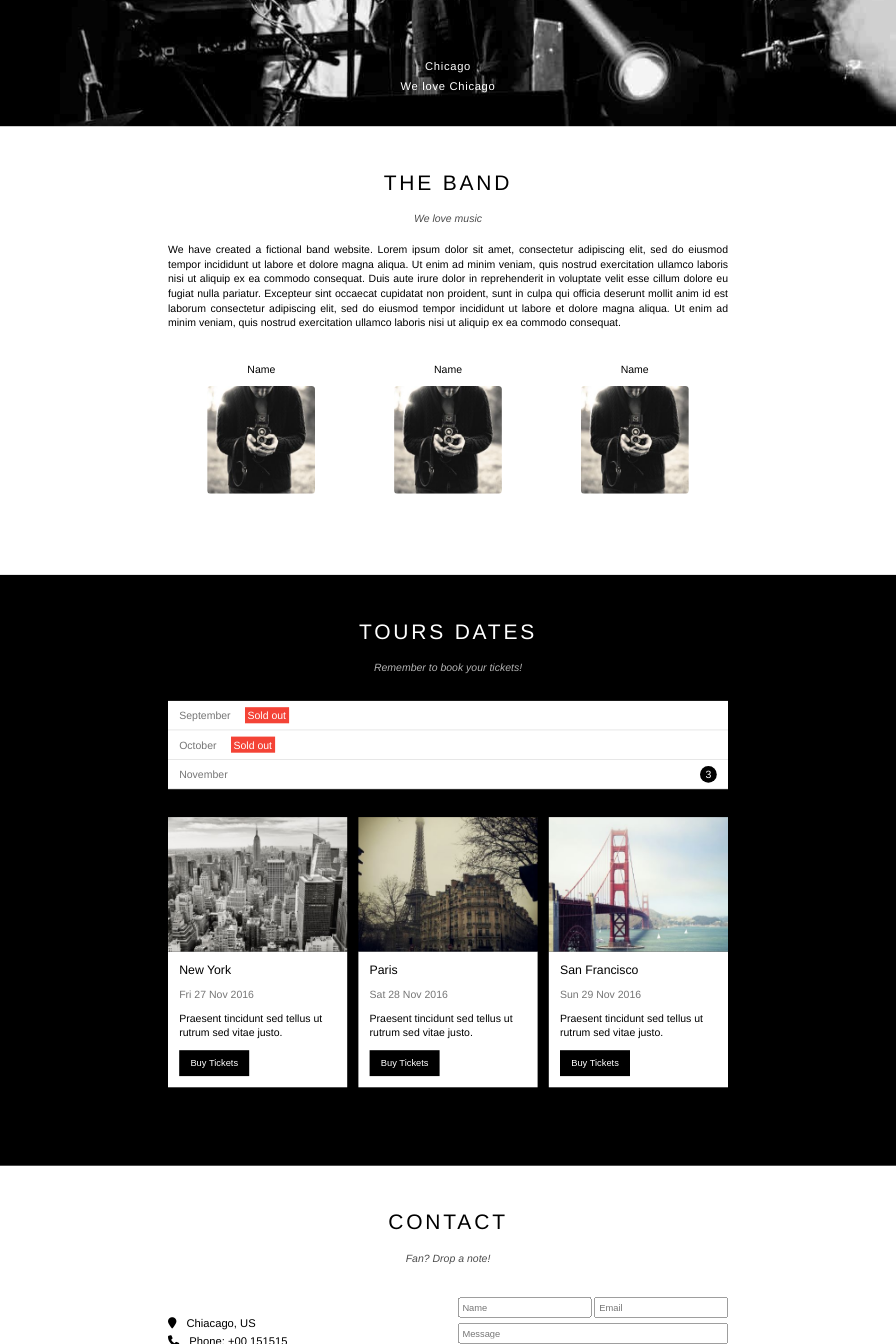
Repository: NguyenMinhChau/Theband
Page: index.html
The author's editor kept a copy of each file at every save. The page is drawn from the files as they stood at one save, then again after the next save.
The browser window is 1280 px wide. The pictures show the part of the page from y = 506 to 2426 px (the page is 3308 px tall before and 3304 px after), at 70% of full size.
Some web libraries are served in a nearby version.

Above is the page before, as saved 2021-10-24 08:57:36.

### index.html
<!DOCTYPE html>
<html lang="en">
<head>
    <meta charset="UTF-8">
    <meta http-equiv="X-UA-Compatible" content="IE=edge">
    <meta name="viewport" content="width=device-width, initial-scale=1.0">
    <title>THE BAND</title>
    <link rel="icon" href="https://www.w3schools.com/w3css/img_la.jpg"/>
    <script src="https://kit.fontawesome.com/a7b0f58175.js" crossorigin="anonymous"></script>
    <link rel="stylesheet" href="./assets/css/style.css">
    <link rel="stylesheet" href="./assets/css/responsive.css">
</head>
<body>
    <div id="main">
        <div id="header">
            <!-- Begin Navigation -->
            <ul id="nav">
                <li><a href="#">Home</a></li>
                <li><a href="#about">Band</a></li>
                <li><a href="#tour">Tour</a></li>
                <li><a href="#contact">Contact</a></li>
                <li><a href="#">More <i class="fas fa-caret-down"></i></a>
                    <ul class="subnav">
                        <li><a href="#">Merchandise</a></li>
                        <li><a href="#">Extras</a></li>
                        <li><a href="#">Media</a></li>
                    </ul>
                </li>
            </ul>
            <!-- End Navigation -->

            <!-- Begin Search -->
            <div class="icon-search">
                <a href="#"><i class="header-icon-search fas fa-search"></i></a>
            </div>
            <!-- End Search -->
        </div>

        <div id="slider">
            <div class="description">
                <h4>Chicago</h4>
                <p>We love Chicago</p>
            </div>
        </div>

        <div id="content">
            <!-- section: dành cho những phần dùng chung -->
            <!-- ABOUT SECTION -->
            <div id="about" class="content-section">
                <h2 class="section-heading">The Band</h2>
                <p class="section-subheading">We love music</p>
                <p class="about-text">We have created a fictional band website. Lorem ipsum dolor sit amet, consectetur adipiscing elit, sed do eiusmod tempor incididunt ut labore et dolore magna aliqua. Ut enim ad minim veniam, quis nostrud exercitation ullamco laboris nisi ut aliquip ex ea commodo consequat. Duis aute irure dolor in reprehenderit in voluptate velit esse cillum dolore eu fugiat nulla pariatur. Excepteur sint occaecat cupidatat non proident, sunt in culpa qui officia deserunt mollit anim id est laborum consectetur adipiscing elit, sed do eiusmod tempor incididunt ut labore et dolore magna aliqua. Ut enim ad minim veniam, quis nostrud exercitation ullamco laboris nisi ut aliquip ex ea commodo consequat.</p>
                <div class="members-list">
                    <div class="member-item col-3">
                        <p class="member-name">Name</p>
                        <img src="./assets/img/about_member01.jpg" alt="" class="member-avata">
                    </div>
                    <div class="member-item col-3">
                        <p class="member-name">Name</p>
                        <img src="./assets/img/about_member01.jpg" alt="" class="member-avata">
                    </div>
                    <div class="member-item col-3">
                        <p class="member-name">Name</p>
                        <img src="./assets/img/about_member01.jpg" alt="" class="member-avata">
                    </div>
                    <div class="clear"></div>
                </div>
            </div>

            <!-- TOUR SECTION -->
            <div id="tour" class="tour-section">
                <div class="content-section">
                    <h2 class="section-heading text-white">Tours Dates</h2>
                    <p class="section-subheading text-white">Remember to book your tickets!</p>
                    <ul class="tickets-list">
                        <li>September <span class="sold-out">Sold out</span></li>
                        <li>October <span class="sold-out">Sold out</span></li>
                        <li>November <span class="quantity">3</span></li>
                    </ul>
                    <div class="row places-list">
                        <div class="col col-3">
                            <img src="./assets/img/tour_place01.jpg" alt="New York" class="place-img">
                            <div class="place-body">
                                <h3 class="place-heading">New York</h3>
                                <p class="place-time">Fri 27 Nov 2016</p>
                                <p class="plave-desc">Praesent tincidunt sed tellus ut rutrum sed vitae justo.</p>
                                <button href="#" class="btn js-buy-ticket">Buy Tickets</button>
                            </div>
                        </div>
                        <div class="col col-3">
                            <img src="./assets/img/tour_place_02.jpg" alt="New York" class="place-img">
                            <div class="place-body">
                                <h3 class="place-heading">Paris</h3>
                                <p class="place-time">Sat 28 Nov 2016</p>
                                <p class="plave-desc">Praesent tincidunt sed tellus ut rutrum sed vitae justo.</p>
                                <button href="#" class="btn js-buy-ticket">Buy Tickets</button>
                            </div>
                        </div>
                        <div class="col col-3">
                            <img src="./assets/img/tour_place_03.jpg" alt="New York" class="place-img">
                            <div class="place-body">
                                <h3 class="place-heading">San Francisco</h3>
                                <p class="place-time">Sun 29 Nov 2016</p>
                                <p class="plave-desc">Praesent tincidunt sed tellus ut rutrum sed vitae justo.</p>
                                <button href="#" class="btn js-buy-ticket">Buy Tickets</button>
                            </div>
                        </div>
                        <div class="clear"></div>
                    </div>
                </div>
            </div>

            <!-- CONTACT SECTION -->
            <div id="contact" class="content-section">
                <h2 class="section-heading">Contact</h2>
                <p class="section-subheading">Fan? Drop a note!</p>
                <div class="contact-container">
                    <div class="infomation">
                        <p class="infomation-text">
                            <i class="fas fa-map-marker"></i>
                            Chiacago, US
                        </p>
                        <p class="infomation-text">
                            <i class="fas fa-phone"></i>
                            Phone: +00 151515
                        </p>
                        <p class="infomation-text">
                            <i class="fas fa-envelope-open-text"></i>
                            Email: mail@mail.com
                        </p>
                    </div>
                    <form class="input-infomation">
                        <div class="input-name-email">
                            <input type="text" class="intput-name" placeholder="Name" required>
                            <input type="email" class="intput-name" placeholder="Email" required>
                        </div>
                        <input type="text" class="ipnut-message" placeholder="Message" required>
                        <button class="btn pull-right">SEND</button>
                    </form>
                </div>
            </div>

            <!-- BEGIN MAP -->
            <div class="content-map-image"></div>
        </div>

        <div id="footer">
            <ul class="footer-social-list">
                <li class="social-item"><a href="#" class="social-link"><i class="fab fa-facebook-square"></i></a></li>
                <li class="social-item"><a href="#" class="social-link"><i class="fab fa-instagram-square"></i></a></li>
                <li class="social-item"><a href="#" class="social-link"><i class="fab fa-linkedin"></i></a></li>
                <li class="social-item"><a href="#" class="social-link"><i class="fab fa-youtube"></i></a></li>
                <li class="social-item"><a href="#" class="social-link"><i class="fab fa-twitter-square"></i></a></li>
            </ul>
            <p class="copyright">Powered by <a href="#">W3C</a></p>
        </div>
    </div>

    <!-- BEGIN MODEL -->
    <div class="modal">
        <div class="modal-container">
            <div class="modal-close">
                <i class="far fa-window-close"></i>
            </div>

            <header class="modal-header">
                <i class="fas fa-briefcase"></i> Tickets
            </header>

            <div class="modal-body">
                <div class="form-group">
                    <label for="money" class="modal-label">
                        <i class="fas fa-shopping-cart"></i>
                        Tickets, $15 per person
                    </label>
                    <input type="text" name="money" id="money" class="modal-input" placeholder="How many?">
                </div>

                <div class="form-group">
                    <label for="email" class="modal-label">
                        <i class="fas fa-user"></i>
                        Send To
                    </label>
                    <input type="email" name="email" id="email" class="modal-input" placeholder="Enter Email">
                </div>

                <button id="buy-tickets">
                    PAY <i class="fas fa-check"></i>
                </button>
            </div>

            <footer class="modal-footer">
                <p class="modal-help">Need
                    <a href="#">help?</a>
                </p>
            </footer>
        </div>
    </div>
    <!-- END MODAL -->
    <script src="assets/js/main.js"></script>
</body>
</html>

### assets/css/style.css
:root{
    --header-height: 46px;
}
*{
    box-sizing: border-box;
    margin: 0;
    padding: 0;
}

html{
    font-family: Helvetica, Arial, sans-serif;
}

/* BEGIN CSS COMMON */
.clear{
    clear: both;
}

.text-white{
    color: #fff !important;
}

.pull-right{
    float: right !important;
}

.row {
    margin: 0 -8px;
}

.col{
    float: left;
    padding: 0 8px;
}

.col-3{
    width: calc(100% / 3);
}

.btn{
    text-decoration: none;
    background-color: #000;
    color: #fff;
    padding: 11px 16px;
    /* Khắc phục tình trạng button che thẻ description */
    display: inline-block;
    margin-top: 15px;
    border: none;
}

.btn:hover{
    background-color: #ccc;
    color: #000;
    cursor: pointer;
}
/* END CSS COMMON */

/* BEGIN CSS HEADER */
#header{
    height: var(--header-height);
    background-color: #000;
    position: fixed;
    top: 0;
    left: 0;
    right: 0;
}

#nav{
    display: inline-block;
}

#nav,
#subnav{
    list-style-type: none;
}

#nav li{
    display: inline-block;
    position: relative;
}

#nav > li > a{
    color: #fff;
    text-transform: uppercase;
}

#nav li a {
    text-decoration: none;
    line-height: var(--header-height);
    padding: 0 24px;

    display: block;
}

#nav > li:hover > a,
#nav .subnav li:hover a {
    color: #000;
    background-color: #ccc;
}

#nav > li:hover .subnav{
    display: block;
}

#nav .subnav{
    display: none;
    position: absolute;
    background-color: #fff;
    box-shadow: 0 0 10px rgba(0,0,0,0.3);
    color: #000;
    top: 100%;
    left: 0;
}

#nav .subnav li a{
    color: #000;
    padding: 0 12px;
    line-height: 38px;
    min-width: 160px;
}

#nav .subnav li{
    display: block;
}

#header .icon-search{
    /* position: absolute;
    top: 0;
    right: 0; */
    float: right;
    line-height: var(--header-height);
    padding: 0 20px;
}

#header .icon-search a{
    text-decoration: none;
}

#header .icon-search:hover{
    background-color: rgb(255, 39, 39);
    cursor: pointer;
}

#header .icon-search .header-icon-search{
    color: #fff;
}
/* END CSS HEADER */


/* BEGIN CSS SLIDER */
#slider{
    position: relative;
    margin-top: var(--header-height);
    /* Kỹ thuật tạo ảnh không bị méo khi thay đổi kích thước */
    padding-top: 50%; /* % là theo chiều ngang của chính nó*/

    /* Khi dùng padding như trên -> ta dùng bg-image để tạo ảnh vì có thể đổ ảnh từ padding */
    background: url('../img/slider_band_chicago.jpg') no-repeat center / cover;
    z-index: -1;
}

#slider .description{
    position: absolute;
    bottom: 0;
    left: 50%;
    transform: translateX(-50%);

    color: #fff;
    text-align: center;
    margin-bottom: 48px;
    letter-spacing: 1px;
}

#slider .description h4,
#slider .description p{
    text-shadow: 0 0 10 rgba(0,0,0,0.5);
}

#slider .description h4{
    font-weight: 540;
    padding: 10px 0;
}
/* END CSS SLIDER */

/* BEGIN CSS CONTENT */
/* CSS ABOUT */
#content .content-section{
    width: 800px;
    max-width: 100%;
    margin: auto;
    padding: 64px 0 112px;
}

#content .section-heading,
#content .section-subheading{
    text-align: center;
}

#content .section-heading{
    font-size: 30px;
    font-weight: 500;
    text-transform: uppercase;
    letter-spacing: 4px;
}

#content .section-subheading{
    font-size: 15px;
    font-style: italic;
    margin: 25px 0;
    opacity: 0.7;
}

#content .about-text{
    text-align: justify;
    font-size: 15px;
    line-height: 1.4;
}

#content .members-list{
    margin-top: 48px;
}

#content .member-item{
    float: left;
    text-align: center;
}

#content .member-name{
    font-size: 15px;
}

#content .member-avata{
    margin-top: 15px;
    width: 154px;
    border-radius: 5px;
}

/* CSS TOUR */
#content .tour-section{
    background-color: #000;
}

#content .tickets-list{
    background-color: #fff;
    margin: 40px 0;
    list-style: none;
}

#content .tickets-list li{
    font-size: 15px;
    padding: 12px 16px;
    border-bottom: 1px solid #ddd;
    color: #757575;
}

#content .tickets-list .sold-out{
    background-color: #f44336;
    color: #fff;
    padding: 3px 4px;
    margin-left: 16px;
}

#content .tickets-list .quantity{
    float: right;
    background-color: #000;
    border-radius: 50%;
    width: 24px;
    height: 24px;
    color: #fff;
    text-align: center;
    line-height: 24px;
    margin-top: -3px;
}

#content .place-img{
    width: 100%;
    display: block;
}

#content .place-img:hover{
    opacity: 0.7;
}

#content .place-body{
    background-color: #fff;
    padding: 16px;
    font-size: 15px;
}

#content .place-heading{
    font-weight: 550;
}

#content .place-time{
    margin: 15px 0;
    color: #757575;
}

#content .plave-desc{
    line-height: 1.4;
}

/* CSS CONTACT */
#content .contact-container{
    display: flex;
    flex-direction: row;
    justify-content: space-between;
    align-items: center;
    margin-top: 48px;
}

#content .infomation-text{
    font-size: 16px;
    line-height: 1.6;
}

#content .infomation-text i {
    margin-right: 10px;
}

#content .input-name-email,
#content .ipnut-message{
    margin-bottom: 8px;
}

#content .intput-name,
#content .ipnut-message{
    padding: 5px 5px;
    outline: none;
}

#content .ipnut-message{
    width: 100%;
}

#content .content-map-image{
    height: 600px;
    background: url('../img/img-footer.jpg') no-repeat center / 100% 100%;
}
/* END CSS CONTENT */

/* BEGIN CSS FOOTER */
#footer{
    text-align: center;
    margin-bottom: 20px;
}

#footer .footer-social-list{
    list-style: none;
    margin-top: 32px;
    margin-bottom: 16px;
}

#footer .footer-social-list li{
    display: inline-block;
}

#footer .footer-social-list li a{
    color: rgb(185, 185, 185);
    padding: 0 10px;
}

#footer .footer-social-list li a i{
    font-size: 25px;
}

#footer .copyright a{
    text-decoration: none;
}
/* END CSS FOOTER */

/* BEGIN CSS MODAL */
.modal{
    position: fixed;
    top: 0;
    bottom: 0;
    right: 0;
    left: 0;
    background: rgba(0,0,0,0.3);
    align-items: center;
    justify-content: center;
    display: none;
}

.modal.open{
    display: flex;
}

.modal-container{
    position: relative;
    background-color: #fff;
    width: 900px;
    max-width: calc(100% - 30px);
    min-height: 200px;
    animation: modalFaceIn linear .5s;
}

@keyframes modalFaceIn{
    from {
        transform: translateY(-100%);
        opacity: 0;
    }
    to {
        transform: translateY(0);
        opacity: 1;
    }
}

.modal-close{
    position: absolute;
    top: 0;
    right: 0;
    color: #fff;
    padding: 12px;
}

.modal-close:hover{
    background-color: #ddd;
    color: #000;
    cursor: pointer;
}

.modal-header{
    height: 130px;
    background: #009688;
    text-align: center;
    line-height:130px;
    color: #fff;
    font-size: 30px;
}

.modal-body{
    padding: 16px;
}

.modal-label{
    display: block;
    font-size: 15px;
}

.modal-input{
    margin: 8px 0 18px 0;
    width: 100%;
    padding: 6px 5px;
    outline: none;
    border-color: #ccc;
    font-size: 15px;
}

#buy-tickets{
    width: 100%;
    background: #009688;
    border: none;
    color: #fff;
    text-transform: uppercase;
    padding: 12px;
}

#buy-tickets:hover{
    cursor: pointer;
    opacity: 0.9;
}

.modal-footer{
    padding: 12px;
    float: right;
}

.modal-help a{
    text-decoration: none;
    color: #009688;
}
/* END CSS MODAL */

### assets/css/responsive.css
/*
PC: >= 1024px (64em)
Tablet: >= 740px & < 1024px (>= 46.25em & < 63.9375em)
Mobile: < 740px (< 46.25em)
 */

@media (min-width: 64em) {

}

@media (min-width: 46.25em) and (max-width: 63.9375em) {

}

@media (max-width: 46.25em) {

}

### assets/js/main.js
const $ = document.querySelector.bind(document)
const $$ = document.querySelectorAll.bind(document)

const btnTickets = $$('.js-buy-ticket');
const modal = $('.modal');
const modalContainer = $('.modal-container');
const modalClose = $('.modal-close');

for (const btnTicket of btnTickets) {
    btnTicket.addEventListener('click',function(e){
        modal.classList.add('open');
    })
}
modalClose.addEventListener('click',function(e){
    modal.classList.remove('open');
})

// Phải xác định sẽ không nổi bọt tới đâu
modal.addEventListener('click',function(e){
    modal.classList.remove('open');
})
modalContainer.addEventListener('click',function(e){
    e.stopPropagation();
})

After the next save:
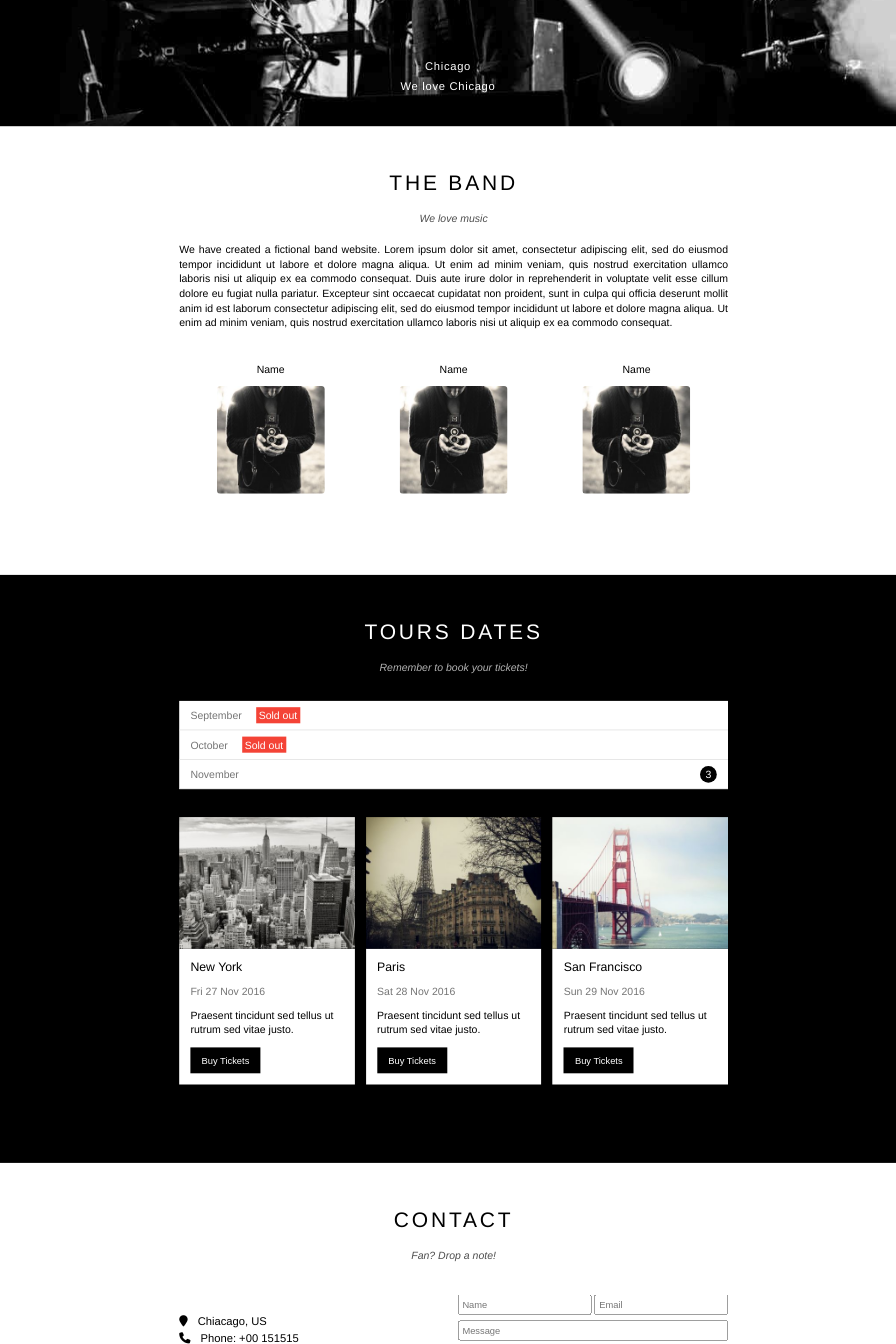
Saved 2 min 55 s later.
--- a/assets/css/style.css
+++ b/assets/css/style.css
@@ -189,6 +189,7 @@
     max-width: 100%;
     margin: auto;
     padding: 64px 0 112px;
+    padding-left: 16px;
 }
 
 #content .section-heading,
